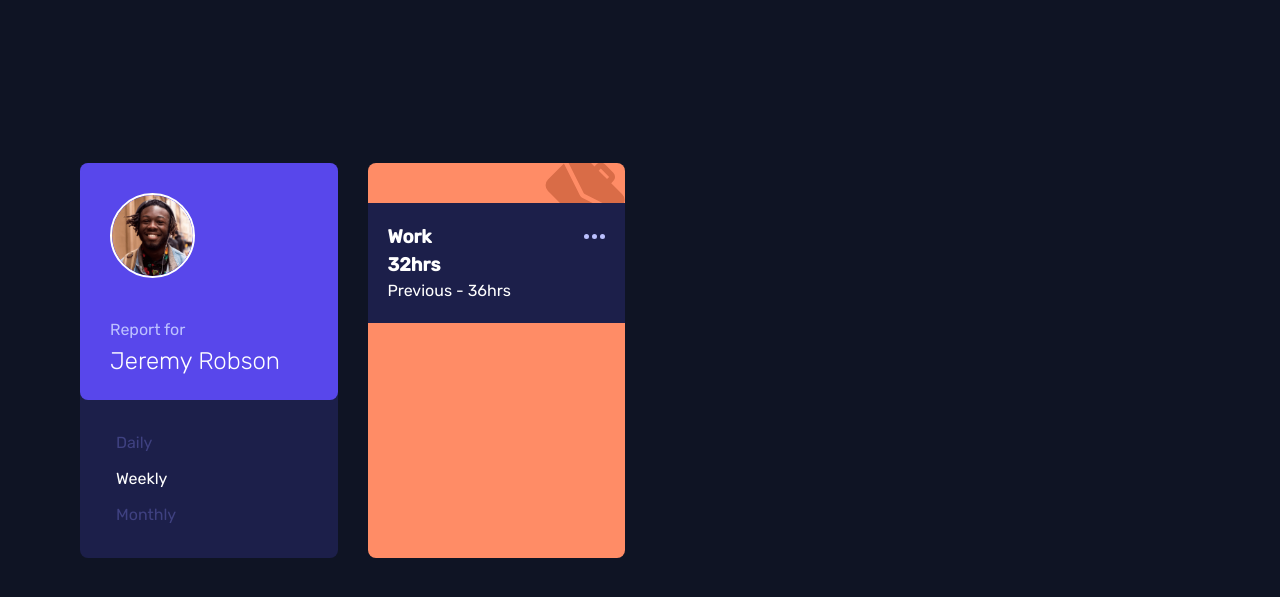
Repository: Akashiii1/WebTimeTracking_Day6
Page: index.html
The author's editor kept a copy of each file at every save. The page is drawn from the files as they stood at one save, then again after the next save.
The browser window is 1280 px wide. The pictures show the whole page.

Above is the page before, as saved 2021-12-27 00:10:38.

### index.html
<!DOCTYPE html>
<html lang="en">
  <head>
    <meta charset="UTF-8" />
    <meta name="viewport" content="width=device-width, initial-scale=1.0" />
    <!-- displays site properly based on user's device -->

    <link
      rel="icon"
      type="image/png"
      sizes="32x32"
      href="./images/favicon-32x32.png"
    />

    <title>Frontend Mentor | Time tracking dashboard</title>

    <!-- Feel free to remove these styles or customise in your own stylesheet 👍 -->
    <link rel="stylesheet" href="style.css" />
    <style>
      .attribution {
        font-size: 11px;
        text-align: center;
      }

      .attribution a {
        color: hsl(228, 45%, 44%);
      }
    </style>
  </head>

  <body>
    <div class="container">
      <div class="first">
        <div class="user">
          <div class="user-img">
            <img src="images/image-jeremy.png" alt="" />
          </div>
          <div class="user-content">
            <p class="user-info">Report for</p>
            <h2 class="user-name">Jeremy Robson</h2>
          </div>
        </div>
        <div class="options">
          <button class="user-btn">Daily</button>
          <button class="user-btn active">Weekly</button>
          <button class="user-btn">Monthly</button>

        </div>
      </div>
      <div class="work">
        <div class="content">
          <div class="heading">
            <h3 class="title">Work</h3>
            <img src="images/icon-ellipsis.svg" alt="">
          </div>
          <h3 class="time">32hrs</h3>
          <div class="desc">Previous - 36hrs </div>
        </div>
      </div>

    </div>

    <!-- <div class="attribution">
      Challenge by
      <a href="https://www.frontendmentor.io?ref=challenge" target="_blank"
        >Frontend Mentor</a
      >. Coded by <a href="#">Your Name Here</a>.
    </div> -->
    <script src="app.js"></script>
  </body>
</html>

### style.css
@import url('https://fonts.googleapis.com/css2?family=Rubik:wght@300;400;500&display=swap');
:root{
  --Blue: hsl(246, 80%, 60%);

 --Lightreda: hsl(15, 100%, 70%);/*(work)*/
 --Softblue : hsl(195, 74%, 62%);/*(play)*/
 --Lightred : hsl(348, 100%, 68%);/*(study)*/
 --Limegreen : hsl(145, 58%, 55%);/*(exercise)*/
 --Violet: hsl(264, 64%, 52%);/*(social)*/
 --Softorange : hsl(43, 84%, 65%);/*(self care)*/

  --Verydarkblue: hsl(226, 43%, 10%);
  --Darkblue: hsl(235, 46%, 20%);
  --Desaturatedblue: hsl(235, 45%, 61%);
  --PaleBlue: hsl(236, 100%, 87%);
}
*,
*::before,
*::after {
  box-sizing: border-box;
}
body,
h1,
h2,
h3,
h4,
h5,
h6,
p,
figure,
picture {
  margin: 0;
}
body {
  min-height: 100vh;
  line-height: 1.5;
}
input,
button,
select,
textarea {
  font: inherit;
}
img,
picture {
  display: block;
  max-width: 100%;
}
body{
  font-family: 'Rubik', sans-serif;
  background: var(--Verydarkblue);
  min-height: 100vh;
  display: flex;
  justify-content: center;
  align-items: center;
}
.container{
  width: 1120px;
  display: grid;
  grid-template-columns: repeat(4,1fr);
  grid-gap:30px ;
}
.first{
  background-color: var(--Darkblue);
  border-radius: 8px;
}
.user{
  background: var(--Blue);
  border-radius: 8px;
  padding: 30px;
}
.user-img{
  width: 85px;
  height: 85px;
  margin-bottom: 40px;
}
.user-img img{
  border-radius: 50%;
  border: 2px solid #fff;
  object-fit: cover;
}
.user-content{

}
.user-info{
  color: var(--PaleBlue);
  margin-bottom: 10px;
}
.user-name{
  color: #fff;
  font-weight: 300;
  line-height: 18px;
}
button{
  cursor: pointer;
}
.options{
  display: flex;
  flex-direction: column;
  justify-content: space-around;
  gap: 10px 0;
  align-items: flex-start;
  padding: 30px;
}
.user-btn{
  border: 0;
  outline: none;
  background-color: transparent;
  color:hsl(238.18,34.37%,37.65%);
}
.user-btn.active{
  color: #fff;
}
.work{
  background: url(images/icon-work.svg) no-repeat top -10px right/ 80px 80px ,var(--Lightreda);
  padding-top: 40px;
  border-radius: 8px;
}
.content{
  background-color: var(--Darkblue);
  color: #fff;
  padding: 20px;
}
.heading{
  display: flex;
  justify-content: space-between;
  align-items: center;
}
/* remove animation for people who've turned them off */
@media (prefers-reduced-motion: reduce) {
  *,
  *::before,
  *::after {
    animation-duration: 0.01ms !important;
    animation-iteration-count: 1 !important;
    transition-duration: 0.01ms !important;
    scroll-behavior: auto !important;
  }
}

Loaded but not shown: app.js (no stored copy; drawn as an empty file)

After the next save:
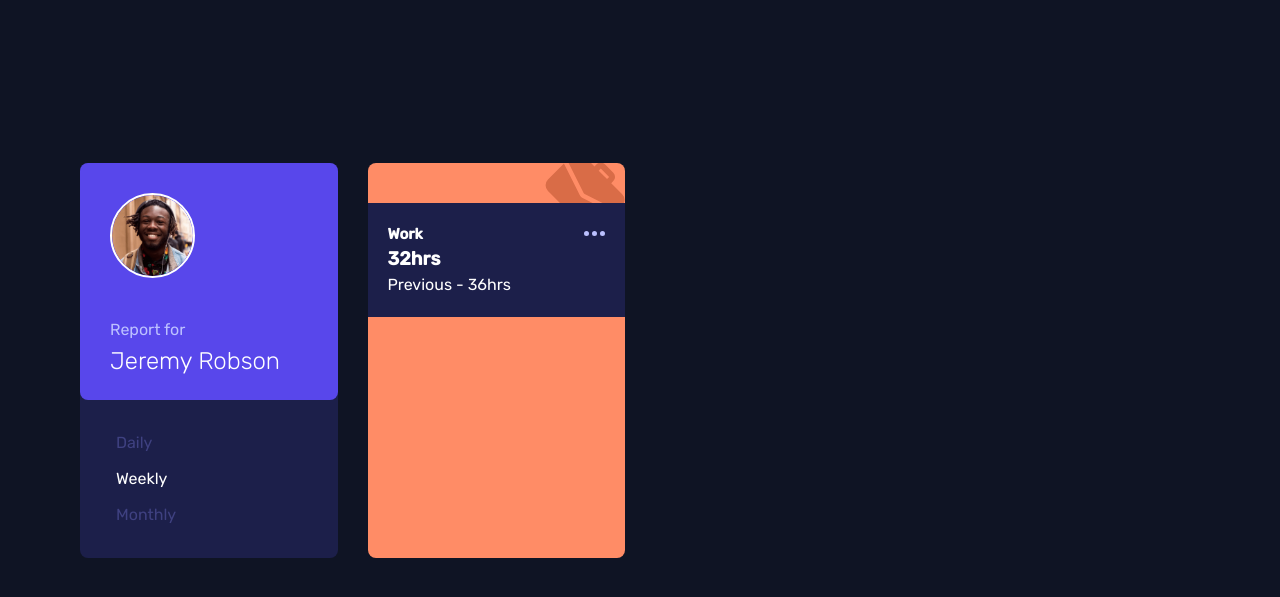
Saved 37 s later.
--- a/style.css
+++ b/style.css
@@ -126,6 +126,9 @@ button{
   justify-content: space-between;
   align-items: center;
 }
+.heading h3{
+  font-size: 15px;
+}
 /* remove animation for people who've turned them off */
 @media (prefers-reduced-motion: reduce) {
   *,
